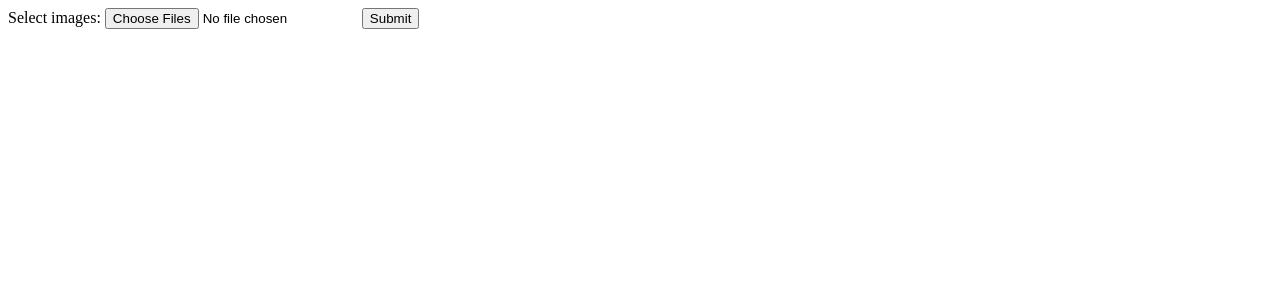
Repository: Belbos/workspace
Page: http://localhost/sample1/
An editor plug-in stored every save of this project. The page is shown before and after the next save, followed by the edit.
The browser window is 1280 px wide. The pictures show the whole page.
The page is served by Tomcat 9.

Above is the page before, as saved 2017-03-09 06:18:47.

After the next save:
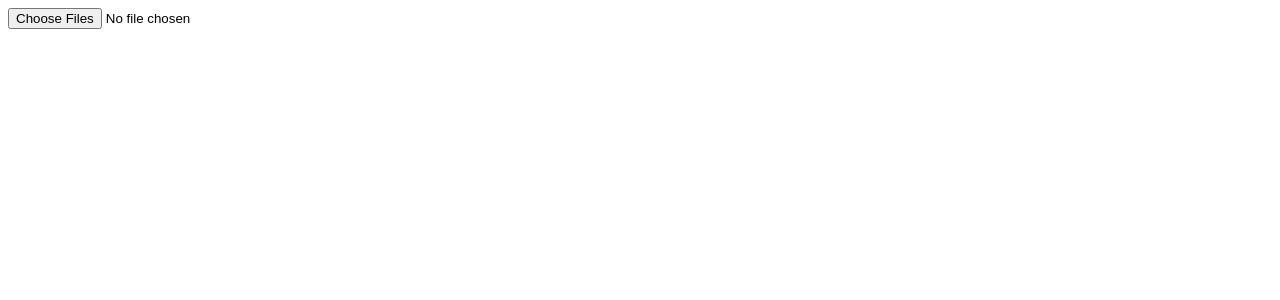
Saved 53 s later.
--- a/sample1/WebContent/index.jsp
+++ b/sample1/WebContent/index.jsp
@@ -7,9 +7,7 @@
 <title>Insert title here</title>
 </head>
 <body>
-<form action="/action_page.php">
-   Select images: <input type="file" name="img" multiple>
-   <input type="submit">
-</form>
+
+ <INPUT style="" type=file name="fileName" size="20" multiple/>
 </body>
 </html>
